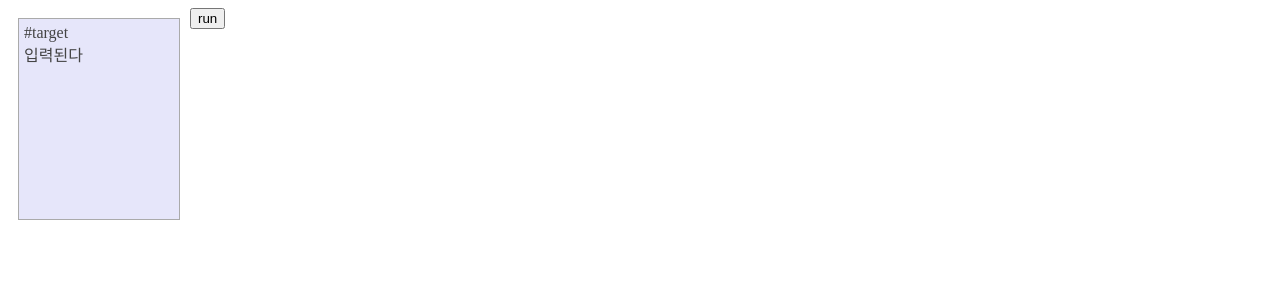
Repository: silenttemplar/java_start_project
Page: hansung_ee_2014/hansung_jquery_exercise/WebContent/12. Delay Append.html
These files come from the project's save history. The page is drawn as it stood at one moment and after the next save; the edit follows.
The browser window is 1280 px wide. The pictures show the whole page.
After loading, the first visible `input` was clicked once.

Above is the page before, as saved 2014-08-27 07:48:49.

After the next save:
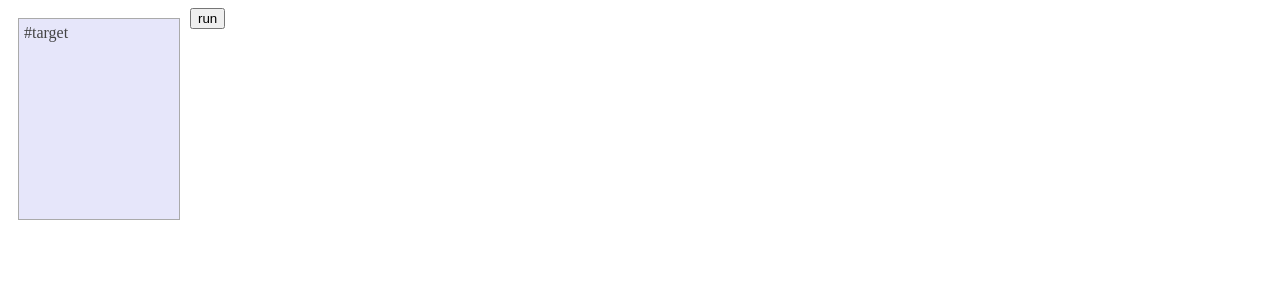
Console error: SyntaxError: Unexpected identifier 'i'
Saved 46 s later.
--- a/hansung_ee_2014/hansung_jquery_exercise/WebContent/12. Delay Append.html
+++ b/hansung_ee_2014/hansung_jquery_exercise/WebContent/12. Delay Append.html
@@ -10,7 +10,10 @@
 	 * 함수 : setTimeout(), append() or text() or html()
 	 */
 	function run() {
-		setInterval( $("#target").append("입력된다\n"),3000);
+		 setInterval( function(){
+			 val i=0;
+			 $()
+		 },3000);
 	}
 </script>
 
